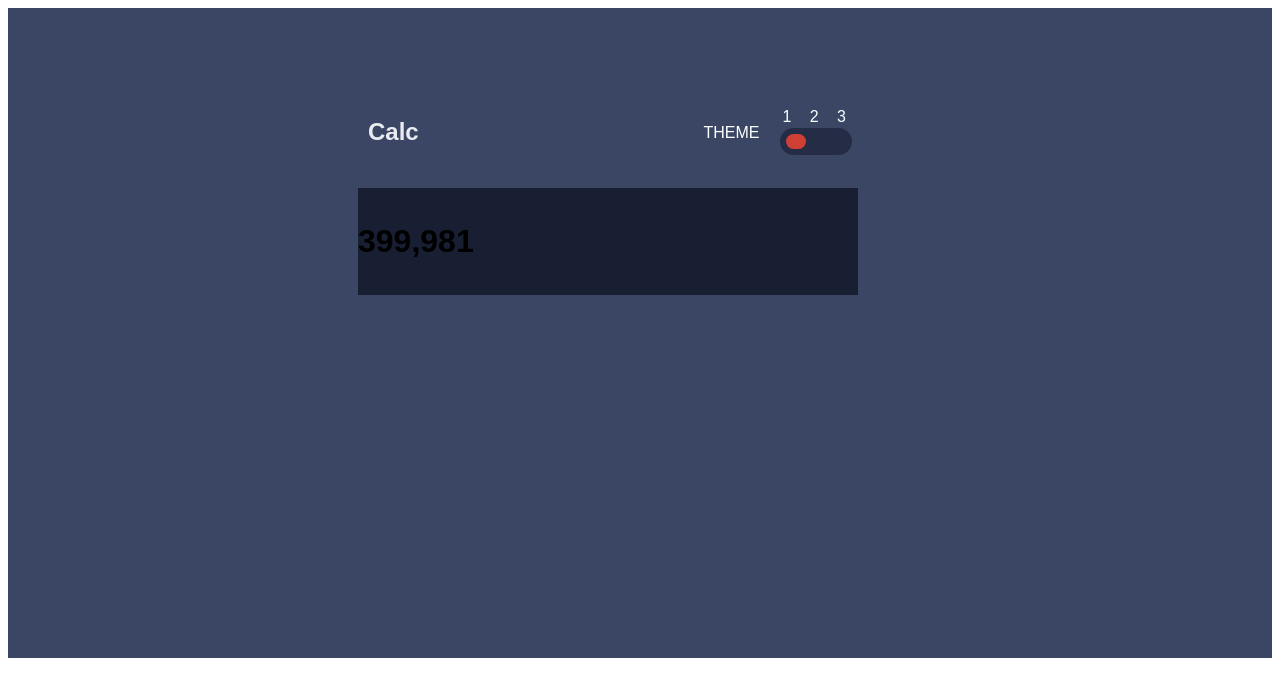
Repository: Bakyproit/Calcutor
Page: SimpleCalculatorApp.html
The author's editor kept a copy of each file at every save. The page is drawn from the files as they stood at one save, then again after a run of saves.
The browser window is 1280 px wide. The pictures show the whole page.

Above is the page before, as saved 2022-02-09 16:07:04.

After the next 4 saves:
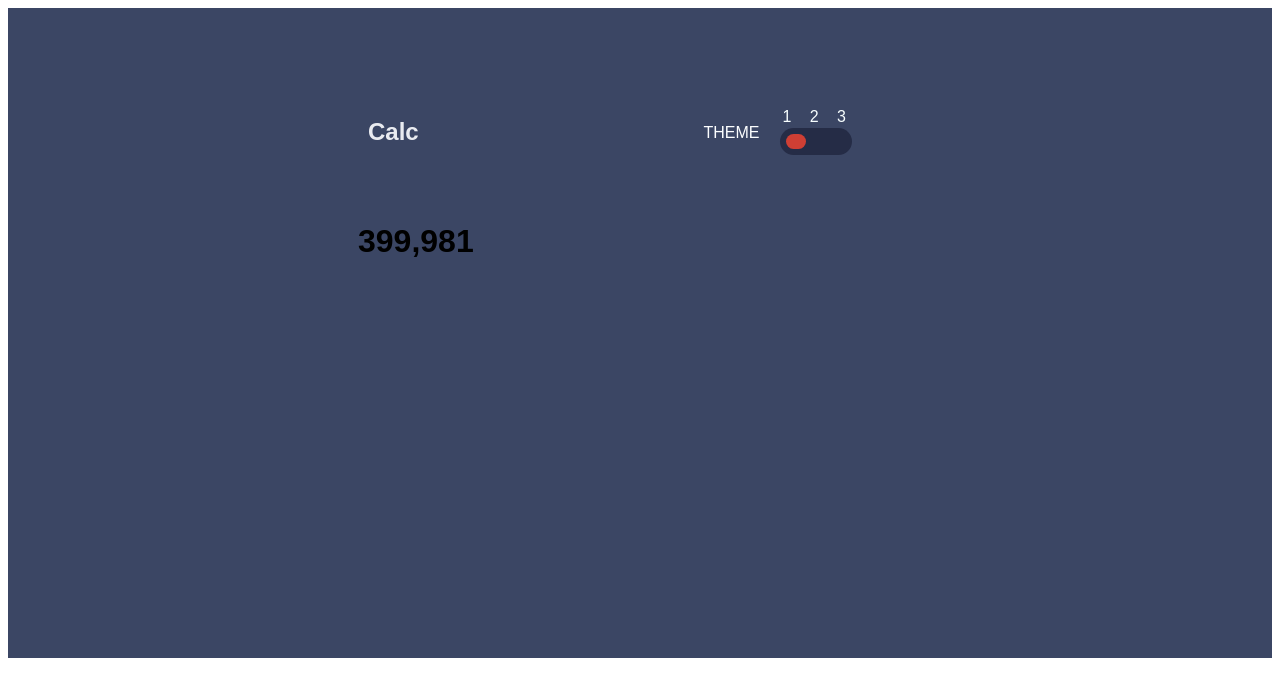
The 4 saves are shown as one change because they came seconds apart.
The last was saved 9 s later.
--- a/asset/App.css
+++ b/asset/App.css
@@ -94,5 +94,6 @@ h1{
 }
 .app__content-number{
     padding: 35px 0;
-    po
+    position: absolute;
+    ri
 }
